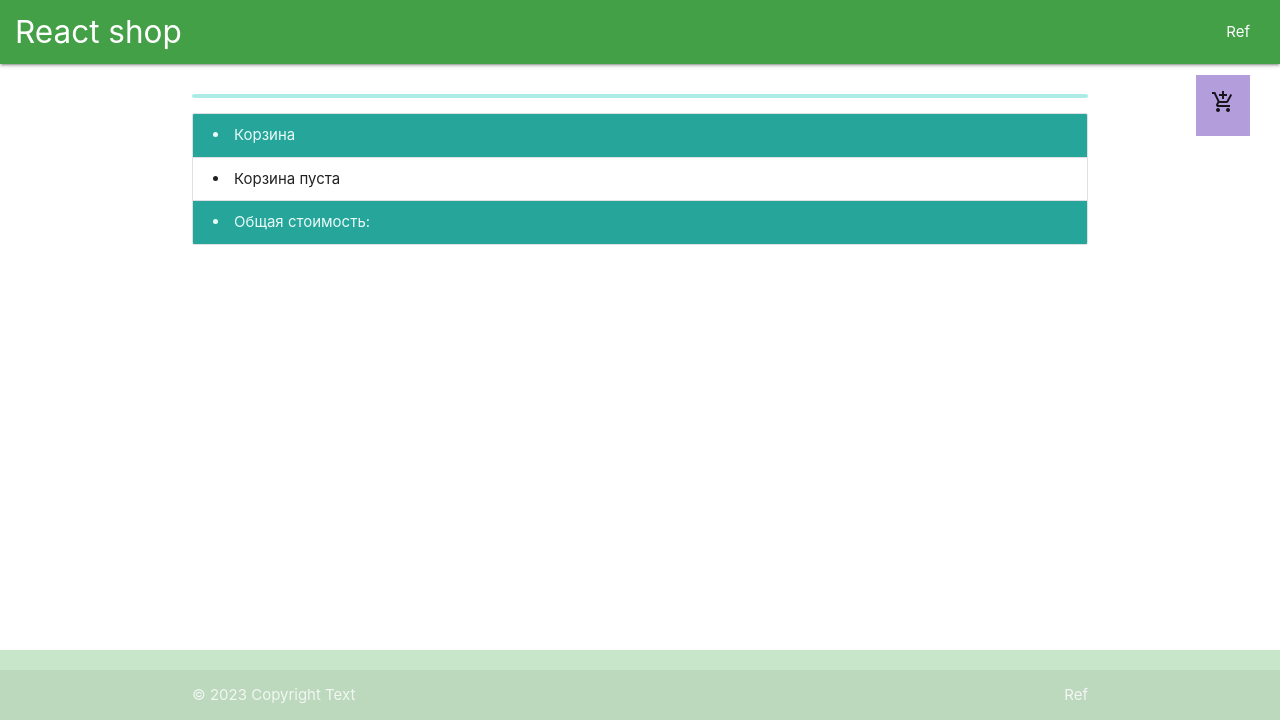
Repository: qui-qui-qui/online-shop
Page: /, after clicking the first element matching `div.cart`
The author's editor kept a copy of each file at every save. The page is drawn from the files as they stood at one save, then again after the next save.
The browser window is 1280 px wide. The pictures show the whole page.
The page's requests for data from a server got no answer. The project was rebuilt for these pictures with package versions that can differ from the ones it lists, and the page was loaded fresh each time. No one was signed in, and anything a server would have sent is missing. Also part of the build but not shown: src/components/GoodsItem.jsx, src/components/GoodsList.jsx, src/components/BasketItem.jsx.

Above is the page before, as saved 2023-01-07 17:35:30.

### public/index.html
<!DOCTYPE html>
<html lang="en">
  <head>
    <meta charset="utf-8" />
    <link rel="icon" href="%PUBLIC_URL%/favicon.ico" />
    <meta name="viewport" content="width=device-width, initial-scale=1" />
    <meta name="theme-color" content="#000000" />
    <meta
      name="pet-project"
      content="react shop"
    />
    <link rel="apple-touch-icon" href="%PUBLIC_URL%/logo192.png" />
    <link rel="manifest" href="%PUBLIC_URL%/manifest.json" />
    <title>React Shop</title>
    <link rel="stylesheet" href="https://cdnjs.cloudflare.com/ajax/libs/materialize/1.0.0/css/materialize.min.css">
    <link href="https://fonts.googleapis.com/icon?family=Material+Icons" rel="stylesheet">
  </head>
  <body>
    <noscript>You need to enable JavaScript to run this app.</noscript>
    <div id="root"></div>
  </body>
</html>

### src/index.css
body {
  margin: 0;
  font-family: -apple-system, BlinkMacSystemFont, 'Segoe UI', 'Roboto', 'Oxygen',
    'Ubuntu', 'Cantarell', 'Fira Sans', 'Droid Sans', 'Helvetica Neue',
    sans-serif;
  -webkit-font-smoothing: antialiased;
  -moz-osx-font-smoothing: grayscale;
}


nav {
  padding: 0 1rem;
}

.content {
  min-height: calc(100vh - 70px - 64px);
  padding: 1.5rem 0;
}

.goods {
  display: grid;
  grid-template-columns: repeat(auto-fill, minmax(250px, 1fr));
  gap: 1rem
}

.card {
  display: flex;
  flex-direction: column;
}

.card-content {
  flex-grow: 1;
}

.cart {
  position: fixed;
  bottom: 2rem;
  right: 2rem;

  cursor: pointer;
  z-index: 5;
  padding: 1rem;
}
@media (min-width: 767px) {
  .cart {
    top: 5rem;
    bottom: unset;
  }
}

### src/App.js
import { Header } from "./components/Header";
import { Footer } from "./components/Footer";
import { Shop } from "./components/Shop";

function App() {
  return (
    <>
      <Header />
      <Shop />
      <Footer />
    </>
  );
}

export default App;

### src/components/Header.jsx
function Header() {
    return <nav className="green darken-1">
      <div className="nav-wrapper">
        <a href="!#" className="brand-logo left">React shop</a>
        <ul id="nav-mobile" className="right">
          <li><a href="!#">Ref</a></li>
        </ul>
      </div>
  </nav>
}

export {Header}

### src/components/Footer.jsx
function Footer() {
    return <footer className="page-footer green lighten-4">
    <div className="footer-copyright">
      <div className="container">
      © {new Date().getFullYear()} Copyright Text
      <a className="grey-text text-lighten-4 right" href="#!">Ref</a>
      </div>
    </div>
  </footer>
}

export {Footer}

### src/components/Shop.jsx
import { useState, useEffect } from "react";
import { API_KEY, API_URL } from "../config";
import { Preloader } from "./Preloader";
import { GoodsList } from "./GoodsList";
import { Cart } from "./Cart";
import { BasketList } from "./BasketList";

function Shop() {
  const [goods, setGoods] = useState([]);
  const [loading, setLoading] = useState(true);
  const [order, setOrder] = useState([]);
  const [isBasketShow, setBasketShow] = useState(false);


  const addToBasket = (item) => {
    const itemIndex = order.findIndex((orderItem) => orderItem.id === item.id);

    if (itemIndex < 0) {
      const newItem = {
        ...item,
        quantity: 1,
      };
      setOrder([...order, newItem]);
    } else {
      const newOrder = order.map((orderItem, index) => {
        if (index === itemIndex) {
          return {
            ...orderItem,
            quantity: orderItem.quantity + 1,
          };
        } else {
          return orderItem;
        }
      });

      setOrder(newOrder);
    }
  };

  const handleBasketShow = () => {
    setBasketShow(!isBasketShow);
  }

  useEffect(function getGoods() {
    fetch(API_URL, {
      headers: {
        Authorization: API_KEY,
      },
    })
      .then((response) => response.json())
      .then((data) => {
        data.featured && setGoods(data.featured);
        setLoading(false);
      });
  }, []);

  return (
    <main className="container content">
      <Cart quantity={order.length} handleBasketShow={handleBasketShow}/>
      {loading ? (
        <Preloader />
      ) : (
        <GoodsList goods={goods} addToBasket={addToBasket} />
      )}
      {
        isBasketShow && <BasketList order={order}/>
      }
    </main>
  );
}

export { Shop };

### src/config.js
const API_KEY = '6c6ecc31-c6e59085-63220236-a525db2c';

const API_URL = 'https://fortniteapi.io/v1/shop?lang=ru';

export {
    API_KEY,
    API_URL
};

### src/components/Preloader.jsx
function Preloader() {
  return (
    <div className="progress">
      <div className="interminate"></div>
    </div>
  );
}

export { Preloader };

### src/components/Cart.jsx
function Cart(props) {
    const {quantity = 0, handleBasketShow = Function.prototype} = props;

    return (
        <div className="cart deep-purple lighten-3" onClick={handleBasketShow}>
            <i className="material-icons">add_shopping_cart</i>
            {quantity ? (
                <span className="cart-quantity">{quantity}</span>
            ) : null}
        </div>
    )
}

export {Cart};

### src/components/BasketList.jsx
import { BasketItem } from "./BasketItem";

function BasketList(props) {
  const { order } = props;

  return (
    <div class="collection">
      <li class="collection-item active">
        Корзина
      </li>
      {
        order.length ? order.map(item => (
            <BasketItem key={item.id} {...item}/>
        )) : <li class="collection-item">Корзина пуста</li>
      }
      <li class="collection-item active">
        Общая стоимость:
      </li>
    </div>
  );
}

export {BasketList};

Loaded but not shown: src/index.js (common file)

After the next save:
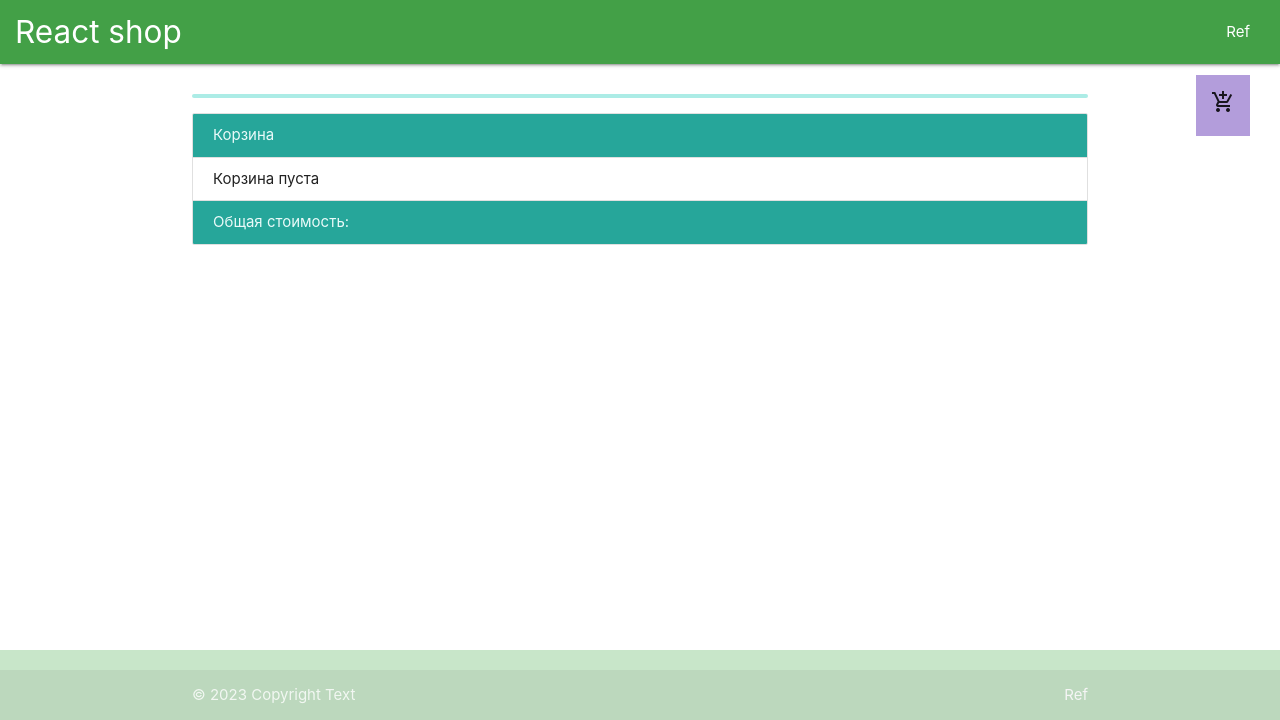
Saved 90 s later.
--- a/src/components/BasketList.jsx
+++ b/src/components/BasketList.jsx
@@ -4,7 +4,7 @@ function BasketList(props) {
   const { order } = props;
 
   return (
-    <div class="collection">
+    <ul class="collection">
       <li class="collection-item active">
         Корзина
       </li>
@@ -16,7 +16,7 @@ function BasketList(props) {
       <li class="collection-item active">
         Общая стоимость:
       </li>
-    </div>
+    </ul>
   );
 }
 
